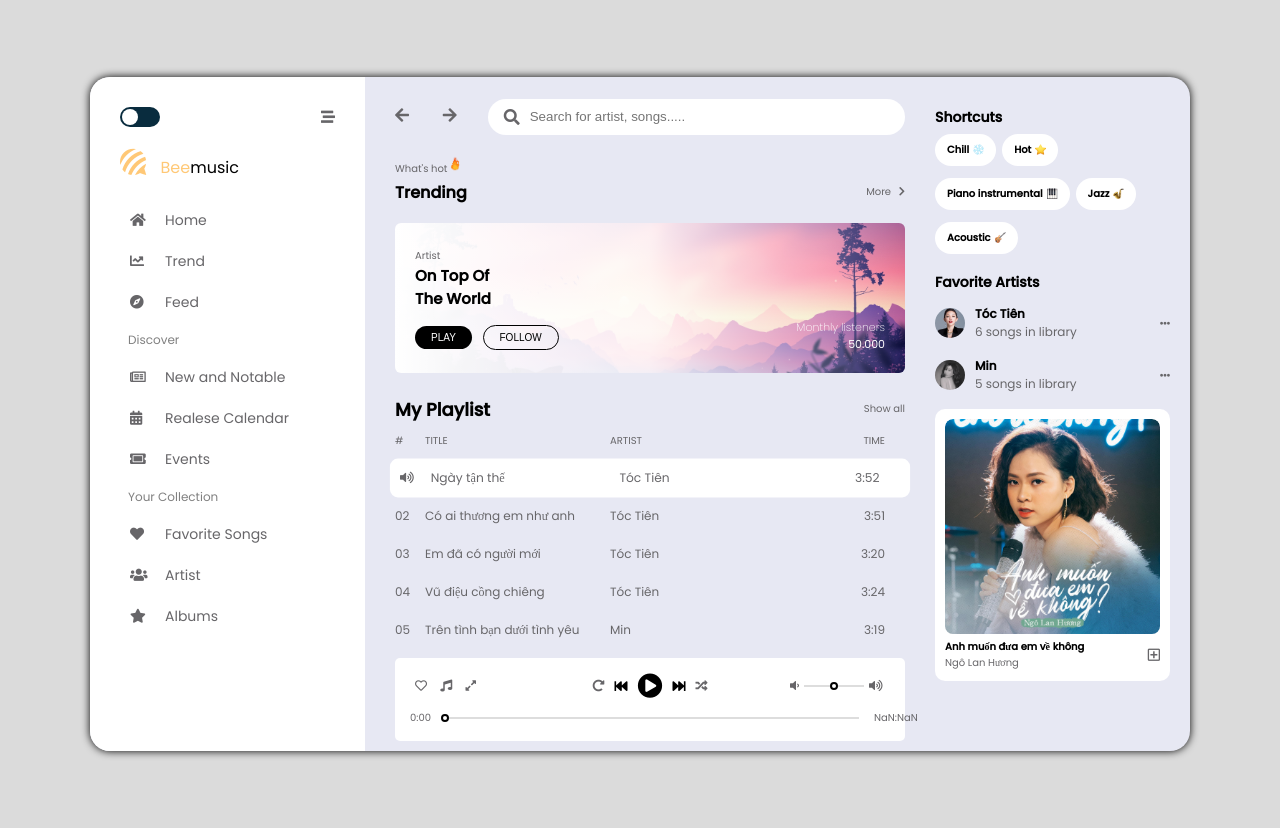
Repository: ducthanglinh/MusicApp
Page: index.html
These files come from the project's save history. The page is drawn as it stood at one moment and after the next save; the edit follows.
The browser window is 1280 px wide. The pictures show the whole page.

Above is the page before, as saved 2023-03-22 01:01:57.
Not found: assests/img/

### index.html
<!DOCTYPE html>
<html lang="en">
  <head>
    <meta charset="UTF-8" />
    <meta http-equiv="X-UA-Compatible" content="IE=edge" />
    <meta name="viewport" content="width=device-width, initial-scale=1.0" />
    <link
      rel="stylesheet"
      href="https://cdnjs.cloudflare.com/ajax/libs/font-awesome/5.15.1/css/all.min.css"
    />
    <link
      rel="stylesheet"
      href="./assests/Font-awesome/fontawesome-free-5.15.4-web/css/all.min.css"
    />
    <link rel="stylesheet" href="./assests/css/style.css" />
    <link rel="stylesheet" href="./assests/css/responsive.css" />
    <link rel="stylesheet" href="./assests/img/" />
    <link rel="preconnect" href="https://fonts.googleapis.com" />
    <link rel="preconnect" href="https://fonts.gstatic.com" crossorigin />
    <link
      href="https://fonts.googleapis.com/css2?family=Poppins:wght@100;200;300;400;500&display=swap"
      rel="stylesheet"
    />
    <title>Bee Music</title>
  </head>
  <body>
    <div id="main">
      <div id="container">
        <!--
            =======================NAVBAR==========================
        -->
        <div id="navbar">
          <div class="navbar-container">
            <header>
              <span class="check">
                <span class="ball"></span>
              </span>
              <i class="fas fa-stream js-hide-navbar"></i>
            </header>
            <div class="logo">
              <i class="navbar__logo fab fa-forumbee"></i>
              <span class="navbar__primary-text">Bee</span><span>music</span>
            </div>
            <div class="navbar-content">
              <nav>
                <li class="navbar-content__icon">
                  <a href="#"><i class="fas fa-home"></i>Home</a>
                </li>
                <li class="navbar-content__icon">
                  <a href="#"><i class="fas fa-chart-line"></i>Trend</a>
                </li>
                <li class="navbar-content__icon">
                  <a href="#"><i class="fas fa-compass"></i>Feed</a>
                </li>
              </nav>

              <nav>
                <p class="navbar-content__title">Discover</p>
                <ul>
                  <li class="navbar-content__icon">
                    <a href="#"
                      ><i class="far fa-newspaper"></i>New and Notable</a
                    >
                  </li>
                  <li class="navbar-content__icon">
                    <a href="#"
                      ><i class="fas fa-calendar-alt"></i>Realese Calendar</a
                    >
                  </li>
                  <li class="navbar-content__icon">
                    <a href="#"><i class="fas fa-ticket-alt"></i>Events</a>
                  </li>
                </ul>
              </nav>

              <nav>
                <p class="navbar-content__title">Your Collection</p>
                <ul>
                  <li class="navbar-content__icon">
                    <a href="#"><i class="fas fa-heart"></i>Favorite Songs</a>
                  </li>
                  <li class="navbar-content__icon">
                    <a href="#"><i class="fas fa-users"></i>Artist</a>
                  </li>
                  <li class="navbar-content__icon">
                    <a href="#"><i class="fas fa-star"></i>Albums</a>
                  </li>
                </ul>
              </nav>
            </div>
          </div>
        </div>

        <!--
            ====================MAIN_CONTENT=====================
        -->
        <div id="main-content">
          <header>
            <nav class="main-content__header-nav">
              <i class="fas fa-bars bars-left"></i>
              <i class="fas fa-arrow-left"></i>
              <i class="fas fa-arrow-right"></i>
            </nav>
            <div class="main-content__search-form">
              <i class="fas fa-search search-btn"></i>
              <input
                type="text"
                class="search-input"
                placeholder="Search for artist, songs....."
              />
            </div>
            <i class="fas fa-bars bars-right"></i>
          </header>

          <p class="main-content__des">
            What's hot<span
              ><img
                src="./assests/img/fire.png"
                alt=""
                width="16px"
                height="17px"
            /></span>
          </p>
          <div class="main-content__trend">
            <div class="main-content__trend-title">Trending</div>
            <div class="main-content__trend-more btn-hover">
              More
              <span><i class="fas fa-chevron-right"></i></span>
            </div>
          </div>
          <div class="main-content__banner">
            <p class="main-content__banner-artist">Artist</p>
            <h4 class="main-content__banner-des">On Top Of The World</h4>
            <div class="main-content__banner-btn">
              <button class="play-btn">PLAY</button>
              <button class="follow-btn">FOLLOW</button>
            </div>
            <span class="main-content__view"
              >Monthly listeners
              <p>50.000</p>
            </span>
          </div>
          <div class="my-playlist">
            <div class="playlist-head">
              <h4>My Playlist</h4>
              <a class="btn-hover">Show all</a>
            </div>
            <div class="playlist-list">
              <div class="playlist playlist-list__title">
                <p class="playlist__number">#</p>
                <p class="playlist__title">TITLE</p>
                <p class="playlist__artist">ARTIST</p>
                <p class="playlist__time">TIME</p>
              </div>
            </div>
          </div>

          <div class="play-song">
            <div class="play-control">
              <div class="play-control__act">
                <i class="far fa-heart" id="heart"></i>
                <i class="fas fa-music"></i>
                <i class="fas fa-expand-alt"></i>
              </div>
              <div class="play-control__main">
                <i class="fas fa-redo-alt play-repeat"></i>
                <i class="fas fa-fast-backward play-backward main-icon"></i>
                <!-- <i class="fas fa-pause-circle pause-icon main-icon main-icon--big"></i> -->
                <span class="play-inner">
                  <i
                    class="fas fa-play-circle play-icon main-icon main-icon--big"
                  ></i>
                </span>
                <i class="fas fa-fast-forward play-forward main-icon"></i>
                <i class="fas fa-random shuffle-song"></i>
              </div>
              <div class="play-control__volume">
                <i class="fas fa-volume-down"></i>
                <input type="range" id="volume" class="volume" />

                <i class="fas fa-volume-up"></i>
              </div>
            </div>
            <div class="play-seekbar">
              <div class="timer__left">0:00</div>
              <input type="range" name="range" id="range" class="range" />
              <audio src="./assests/mp3/ntt.mp3" id="song"></audio>
              <div class="timer__right">3.00</div>
            </div>
          </div>
        </div>

        <!--
            ====================SIDE-BAR=========================
        -->
        <div id="sidebar">
          <div class="sidebar__shortcuts">
            <p class="sidebar__shortcuts-title">
              Shortcuts
              <i class="fas fa-stream js-hide-sidebar"></i>
            </p>
            <div class="sidebar__shortcuts-items">
              <span class="sidebar__shortcuts-item"
                >Chill
                <img src="./assests/img/snow.png" alt="" />
              </span>
              <span class="sidebar__shortcuts-item"
                >Hot
                <img src="./assests/img/star.png" alt="" />
              </span>
              <span class="sidebar__shortcuts-item"
                >Piano instrumental
                <img src="./assests/img/piano.png" alt="" />
              </span>
              <span class="sidebar__shortcuts-item"
                >Jazz
                <img src="./assests/img/jazz.png" alt="" />
              </span>
              <span class="sidebar__shortcuts-item"
                >Acoustic
                <img src="./assests/img/ghitar.png" alt="" />
              </span>
            </div>
          </div>

          <div class="sidebar__favorite">
            <p class="sidebar__favorite-title">Favorite Artists</p>
            <!--    ARTIST 1    -->
            <div class="sidebar__favorite-list">
              <div class="artist-info__avt">
                <img src="./assests/img/tóc-tiên.jpg" alt="" />
              </div>
              <div class="artist-info">
                <h4 class="artist-info__name">Tóc Tiên</h4>
                <p class="artist-info__song">6 songs in library</p>
              </div>
              <i class="fas fa-ellipsis-h"></i>
            </div>

            <!--    ARTIST 2    -->
            <div class="sidebar__favorite-list">
              <div class="artist-info__avt">
                <img src="./assests/img/min.jpg" alt="" />
              </div>
              <div class="artist-info">
                <h4 class="artist-info__name">Min</h4>
                <p class="artist-info__song">5 songs in library</p>
              </div>
              <i class="fas fa-ellipsis-h"></i>
            </div>
          </div>

          <div class="sidebar__suggest-album">
            <div class="suggest-album">
              <div class="suggest-album__img-container">
                <img src="./assests/img/ngô-lan-hương.jpg" alt="" />
              </div>
              <div class="suggest-album__content">
                <div class="suggest-album__info">
                  <h4>Anh muốn đưa em về không</h4>
                  <p>Ngô Lan Hương</p>
                </div>
                <i class="far fa-plus-square"></i>
              </div>
            </div>
          </div>
        </div>
      </div>
    </div>
    <script src="./assests/main.js"></script>
  </body>
</html>

### assests/css/responsive.css
@media (max-width: 1024px) {
    #container{
        width:90rem;
    }
    .navbar-container{
        padding:3rem 1.5rem;
        border-top-left-radius: 2rem;
    }
    #main-content{
        padding:1rem 2rem;
    }
}
@media (max-width:870px) {
    #container{
        width:80rem;
    }
    .navbar-content__icon{
        font-size:1.3rem;
    }
    .navbar-content__icon i{
        margin-right:1rem;
    }
    .user-name{
        font-size:1.2rem
    }

    .playlist__artist{
        width:8rem;
        min-width:8rem;
    }
    .sidebar__shortcuts-item{
        padding:.6rem .8rem
    }
    .artist-info{
        font-size:1.1rem
    }
}
@media (max-width:800px) {
    #container{
        width:70rem;
    }
    .sidebar__shortcuts-title{
        justify-content: space-between;
        align-items: center;
    }
    .navbar-content__icon:after {
        display:none !important;
    }
    .js-hide-sidebar{
        display: block;
        font-size: 1.8rem;
        padding-right:.5rem
    }
    .btn-hover{
        color:#fff !important;
        cursor: pointer;
        background-color: #000;
        padding:.1rem 1rem;
        border-radius: 20px;
    }
    #navbar{
        position: absolute;
        z-index: 9999;
        top:0;
        bottom:0;
        left:-100%;
        opacity: 0;
        transition: 1s linear;
        width:23rem;
        box-shadow: 0 0 .5rem black;
        overflow:hidden;
    }
    #main-content{
        flex:1;
        border-radius: 2rem;
        padding-bottom:2rem
    }

    #sidebar{
        position: absolute;
        top:0;
        transition: 1s linear;
        bottom:0;
        right:-100%;
        opacity: 0;
        background-color: #e7e8f3;
        padding:0 2rem;
        z-index: 9999;
        width:23rem;
        box-shadow: 0 0 .5rem black;
        border-bottom-right-radius: 2rem;
    }
    #navbar.active{
        opacity: 1;
        left:0;
    }
    #sidebar.active{
        opacity: 1;
        right:0;
    }
    .main-content__header-nav i{
        font-size: 2.2rem !important;
    }
    .bars-left, .bars-right{
        display: inline-block;
        font-size:2.2rem !important;
        margin:0 2rem;
    }
    .js-hide-navbar{
        font-size:1.8rem;
    }
}

@media (max-width:730px) {
    #container{
        margin:0 1rem
    }
}

@media (max-width: 660px){
    #container,#navbar,#sidebar{
        margin:0;
        border-radius: 0;
    }
}
@media (max-width: 500px) {
    .main-content__header-nav i:last-child{
        margin:0 1.5rem;

    }
    .bars-left{
        margin:0;
        margin-right:1.5rem;
    }
    .bars-right{
        padding-left:2rem;
        margin:0;
    }

}
@media (max-width: 440px) {
    .main-content__header-nav i{
        font-size: 1.8rem !important;
    }
    .bars-left, .bars-right{
        display: inline-block;
        font-size:1.8rem !important;
    }
    .bars-left{
        margin:0;
        margin-right:1rem;
    }
    .bars-right{
        padding-left:1rem;
        margin:0;
    }
}

Loaded but not shown: assests/Font-awesome/fontawesome-free-5.15.4-web/css/all.min.css (library); assests/main.js (297 lines, source omitted); assests/css/style.css (668 lines, source omitted)

After the next save:
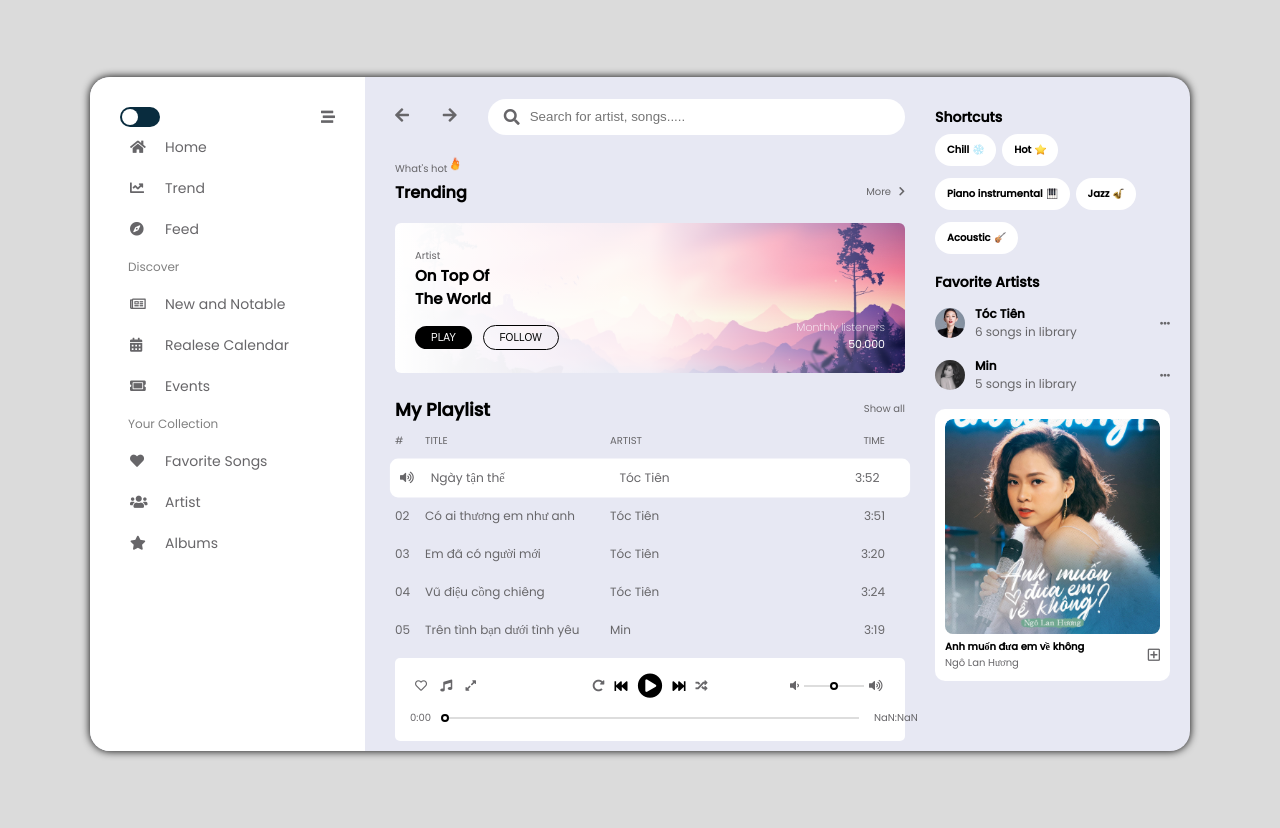
Saved 61 s later.
--- a/index.html
+++ b/index.html
@@ -37,10 +37,7 @@
               </span>
               <i class="fas fa-stream js-hide-navbar"></i>
             </header>
-            <div class="logo">
-              <i class="navbar__logo fab fa-forumbee"></i>
-              <span class="navbar__primary-text">Bee</span><span>music</span>
-            </div>
+
             <div class="navbar-content">
               <nav>
                 <li class="navbar-content__icon">
